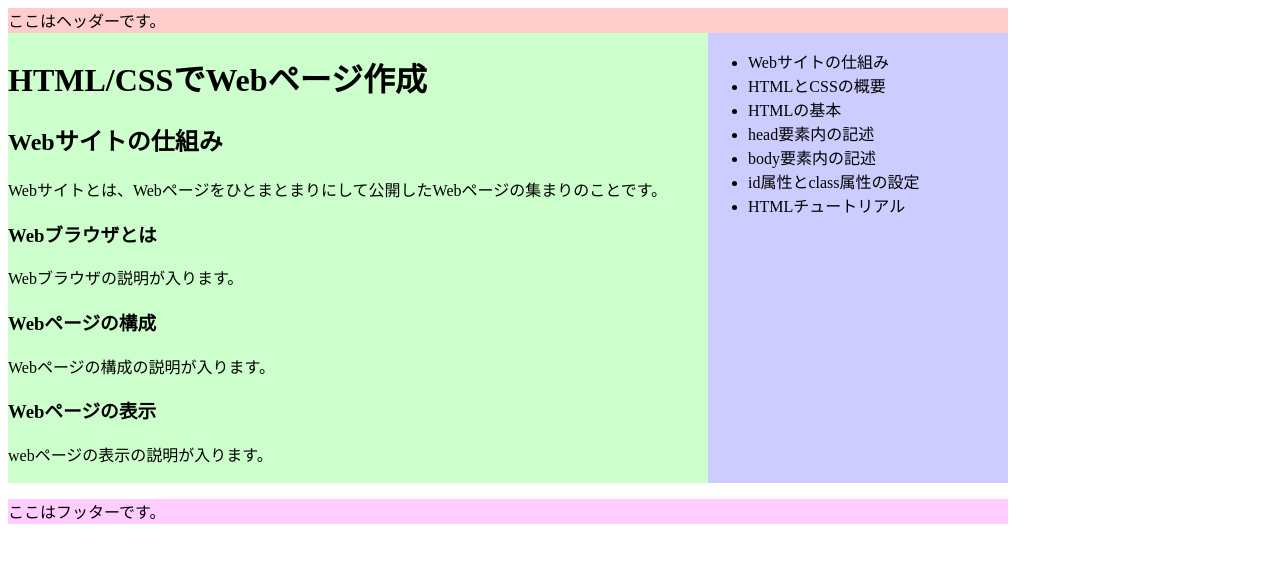
Repository: hiro0529/kadai-tasklist
Page: kadai-html.html
The author's editor kept a record of every edit. The page is drawn from the files as they stood at one moment, then again after the next edit.
The browser window is 1280 px wide. The pictures show the whole page.

Above is the page before.

### kadai-html.html
<!DOCTYPE html>
<html lang="ja">
    <head>
        <meta charset="utf-8">
        <title>HTML/CSSでWebページ作成</title>
        <link rel="stylesheet" href="kadai-css.css">
    </head>
    <body>
        <!--ここからヘッダー-->
        <header>
            ここはヘッダーです。
        </header>
        <!--ヘッダーここまで-->
        <div id="wrapper">
            <div id="main">
                <h1>HTML/CSSでWebページ作成</h1>
                 <section id="point">
                     <h2>Webサイトの仕組み</h2>
                             <p>Webサイトとは、Webページをひとまとまりにして公開したWebページの集まりのことです。</p>
                             <h3>Webブラウザとは</h3>
                             <p>Webブラウザの説明が入ります。</p>
                             <h3>Webページの構成</h3>
                             <p>Webページの構成の説明が入ります。</p>
                             <h3>Webページの表示</h3>
                             <p>webページの表示の説明が入ります。</p>
                 </section>
            </div>
            <nav id="menu">
                <ul>
                    <li>Webサイトの仕組み</li>
                    <li>HTMLとCSSの概要</li>
                    <li>HTMLの基本</li>
                    <li>head要素内の記述</li>
                    <li>body要素内の記述</li>
                    <li>id属性とclass属性の設定</li>
                    <li>HTMLチュートリアル</li>
                </ul>
            </nav>
        </div>
        <footer>
            <p>ここはフッターです。</p>
        </footer>
    </body>
</html>

### kadai-css.css
header {
    height: 25px;
    width: 1000px;
    background-color: #ffcccc;
}
#wrapper {
    width: 1000px;
    height: 450px;
    display: flex;
}
#main {
    width: 70%;
    background-color:#ccffcc;
}
#menu {
    width: 30%;
    background-color: #ccccff;
}
footer {
    clear: both;
    height: 25px;
    width: 1000px;
    background-color: #ffccff;
}

After the next edit:
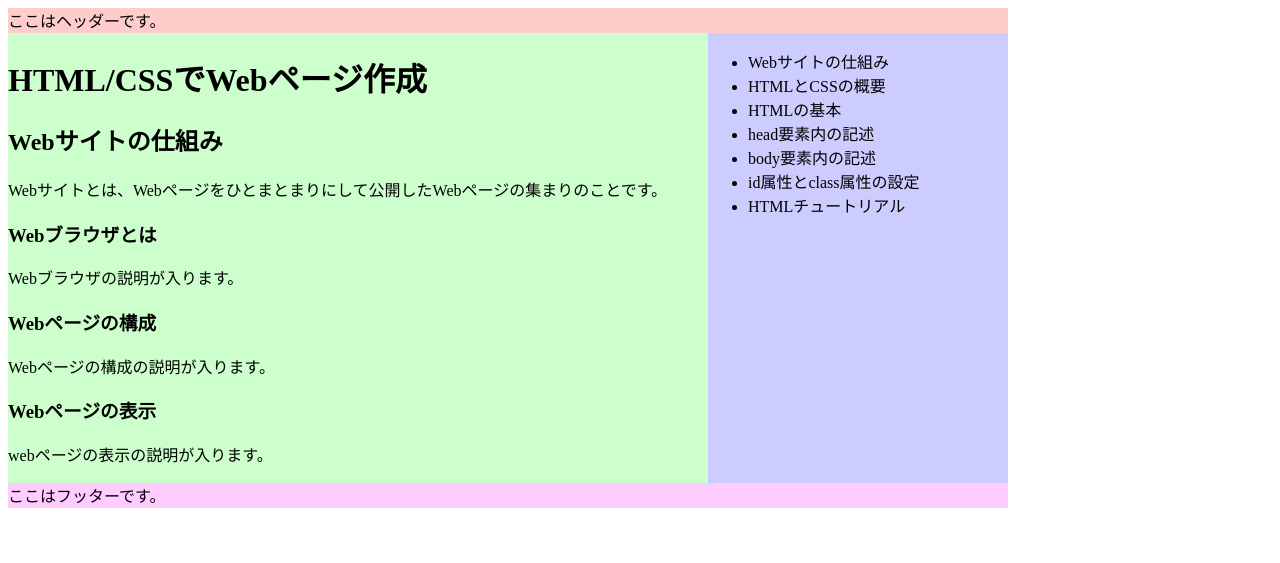
The edit:
--- a/kadai-html.html
+++ b/kadai-html.html
@@ -38,7 +38,7 @@
             </nav>
         </div>
         <footer>
-            <p>ここはフッターです。</p>
+            ここはフッターです。
         </footer>
     </body>
 </html>
